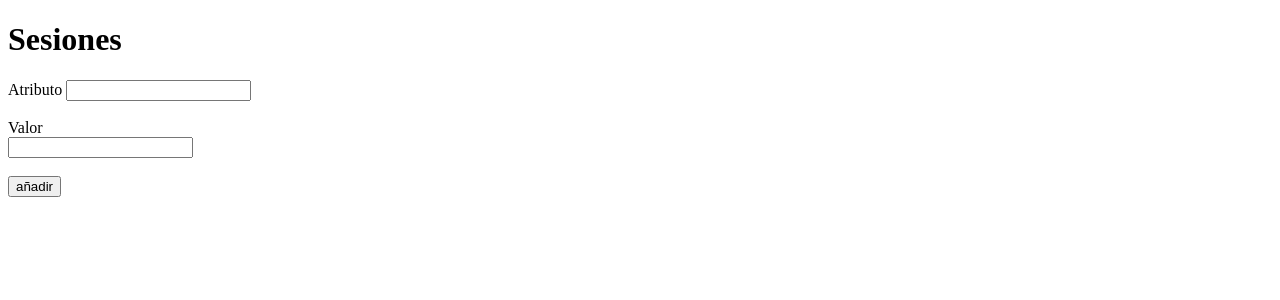
Repository: cgg25/javaee
Page: Sessiones/WebContent/index.html
These files come from the project's save history. The page is drawn as it stood at one moment and after the next save; the edit follows.
The browser window is 1280 px wide. The pictures show the whole page.

Above is the page before, as saved 2017-02-16 18:43:04.

### Sessiones/WebContent/index.html
<!DOCTYPE html>
<html>
<head>
<meta charset="UTF-8">
<title>Sesiones</title>
</head>
<body>
<h1>Sesiones</h1>
	<form action="/Sessiones/anyadir" method="">
		<label>Atributo</label>
		<input type="text" name="atributo">
		<br><br>
		<label>Valor</label><br>
		<input type="text" name="valor"><br><br>
		<input type="submit" value="añadir">
	</form>
</body>
</html>

After the next save:
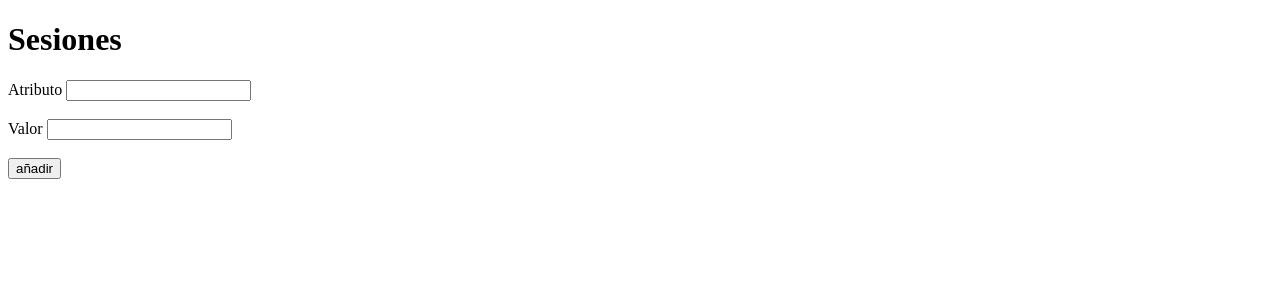
Saved 33 s later.
--- a/Sessiones/WebContent/index.html
+++ b/Sessiones/WebContent/index.html
@@ -10,7 +10,7 @@
 		<label>Atributo</label>
 		<input type="text" name="atributo">
 		<br><br>
-		<label>Valor</label><br>
+		<label>Valor</label>
 		<input type="text" name="valor"><br><br>
 		<input type="submit" value="añadir">
 	</form>
